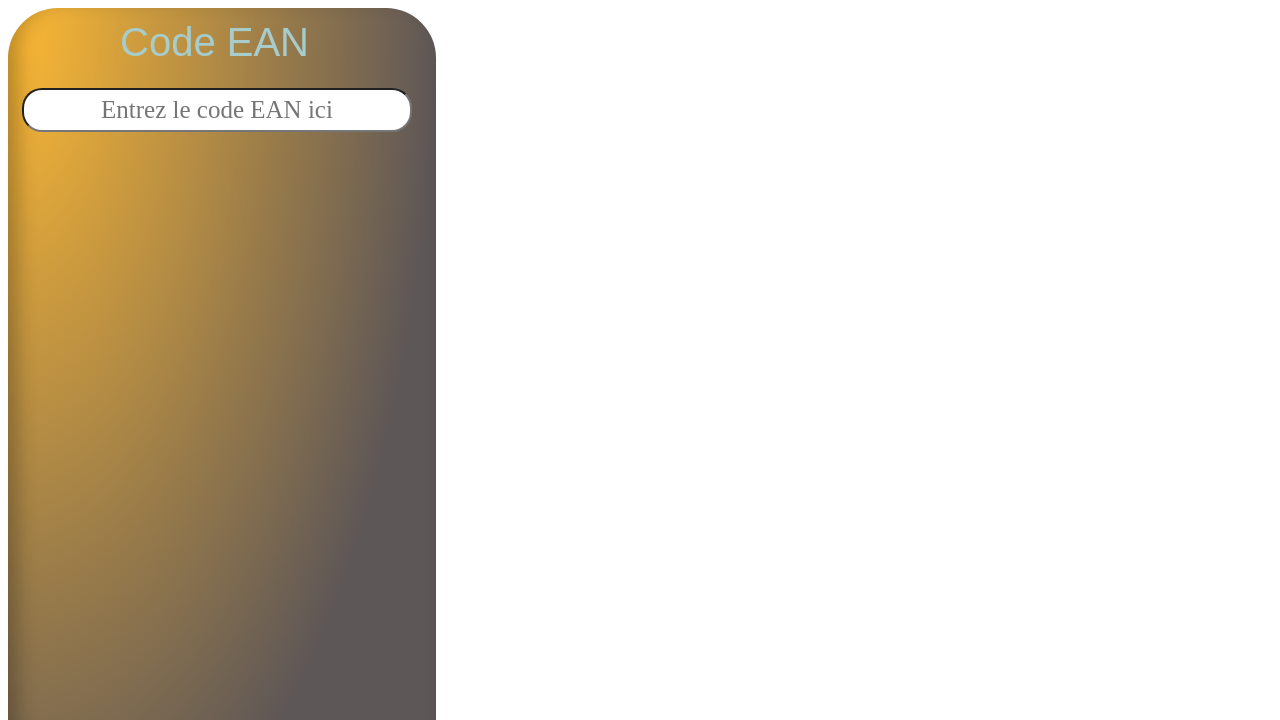
Repository: Zouz01/exo-toucan
Page: index.html
These files come from the project's save history. The page is drawn as it stood at one moment and after the next save; the edit follows.
The browser window is 1280 px wide. The pictures show the whole page.

Above is the page before, as saved 2023-09-21 11:43:37.

### index.html
<!DOCTYPE html>
<html lang="fr">
<head>
    <meta charset="UTF-8">
    <meta name="viewport" content="width=device-width, initial-scale=1">
    <title>TOUCAN API</title>
    <link rel="stylesheet" type="text/css" href="main.css">
</head>
<body>
    <div class="container">
        <!-- Formulaire de recherche -->
        <form id="product-form" action="https://fr.openfoodfacts.org/api/v0/product/<<code_EAN_13>>" method="POST">
            <label for="code_ean">Code EAN </label>
            <input type="text" id="code_ean" name="code_ean" placeholder="Entrez le code EAN ici"><!-- Champ de saisie du code EAN -->
            <button type="submit" id="submit">Rechercher</button> <!-- Bouton de soumission du formulaire -->
        </form>

        <!-- Conteneur pour l'affichage de l'image et des informations -->
        <div><img id="img"></div>
        <div id="product-info"></div>
    </div>

    <!-- Inclusion du script JavaScript -->
    <script src="main.js"></script>
</body>
</html>

### main.css
body {
    font-family: Arial, sans-serif;

}

.container {
    width: 428px;
    height: 926px;
   position: fixed;
    text-align: center;

    background: radial-gradient(100% 100% at 0% 0%, #FFBA33 0%, #5e5757 100%);
   /* background: radial-gradient(100% 100% at 0% 0%, #A6A6A6 0.46%, #000000 78.06%);
    background: linear-gradient(167.94deg, #7AA77E 0%, #476F72 100%);*/

    opacity: 1.8;
    box-shadow: inset 10px -10px 20px rgba(0, 0, 0, 0.25);
    border-radius: 50px;
}

/* position ecriture label*/
label {

    top: 20px;
    font-size: 40px;
    color: rgb(167, 204, 204);
   left: 120px;
    position :fixed;



}
/*position img*/
#img {
    position: relative;
   border-radius: 20px;
   width: 20%;
   top: 600px;
}

/*position retour d'information produit*/
 #product-info {
    position: absolute;
    padding: 20px;
    color:rgb(171, 221, 205);
    top: 100px;

 }
h2 {
    font-size: xx-large;
    color: #7af3b1;
}
p{
    font-size: larger ;
}

/* Champ de saisie pour entrer le code EAN */
#code_ean {
    position: absolute;
   border-radius: 20px;
    width: 382px;
    height: 38px;
   right:24px ;
    top: 80px;
    font-family: 'Montserrat';
font-style: normal;
font-weight: 500;
font-size: 25px;
line-height: 30px;
text-align: center;

color: #0f0d0d;



}

/* Bouton de recherche */
button[type="submit"] {
    position: absolute;
    width: 144px;
    height: 63px;
  background-color: #67d699;
    bottom: 0px;
    border-radius: 20px;
    right: 345px;



}




/* styles pour les écrans plus grands */
/* @media (min-width: 900px) {
     .container {
        width: 1860px;
        height: 900px;
     }
        button[type="submit"] {
            position: absolute;
    width: 184px;
    height: 83px;
  background-color: #67d699;
    bottom: 50px;
    border-radius: 20px;
    right: 870px;
        }
        #code_ean {
            position: absolute;
           border-radius: 20px;
            width: 1382px;
            height: 68px;
           right:15% ;
            top: 80px;
            font-family: 'Montserrat';
        font-style: normal;
        font-weight: 500;
        font-size: 25px;
        line-height: 30px;
        text-align: center;
        color: #0f0d0d;

 }
 label {

    top: 20px;
    font-size: 40px;
    color: rgb(167, 204, 204);
   left: 800px;
    position :fixed;

}
#product-info {
    position: absolute;
    padding: 50px;
    color:rgb(171, 221, 205);
    top: 200px;
    left: 30%;

 }
 #img {
    position: relative;
   border-radius: 20px;
   max-width: 20%;
   max-height: 10%;
   top: 230px;
   right: 30%;
}
h2 {
    font-size: 50px;
    color: aqua;
}
p{
    font-size: 30px ;
}
} */

### main.js
const form = document.querySelector("#product-form"); //Interagit avec  HTML avec l'id "product-form"
const code_ean = document.querySelector("#code_ean"); //Interagit avec  HTML  avec l'id "code_ean"
const productInfo = document.querySelector("#product-info"); //Interagit avec  HTML avec l'id "les informations produits"
const img = document.querySelector("#img");  //Interagit avec  HTML avec l'id "les images"
const submit = document.querySelector("#submit");  //Interagit avec  HTML avec l'id "Boutton envoi"


submit.addEventListener("click", (e) => { // Ecouteur d'événement sur le bouton d'envoi qui écoute un événement de clic
    e.preventDefault();

    // validation du code
    if (code_ean.value.length !== 13) {
        alert("Le code EAN doit contenir 13 chiffres.");// Le script vérifie si la valeur du champ de saisie du code EAN comporte 13 caractères
        return;                                         // Sinon, il affiche une alerte indiquant que le code EAN doit contenir 13 chiffres.
    }else

// Si code correct alors ...
    // Récupére les informations du produit depuis l'API
    fetch("https://fr.openfoodfacts.org/api/v0/product/" + code_ean.value) //Méthode pour envoyer une requête GET à l'API
        .then((reponse) => reponse.json())   //  Convertit  la réponse de l'API en JSON
        .then((data) => {                    //  Pour accéder aux données.
            let product = data.product;
            img.src = product.image_url;


             //Affiche les informations sur le produit, ( avec innerHTML on definila source de l'éléments)
             productInfo.innerHTML =`
             <h2><b>Nom</b> : ${product.abbreviated_product_name}</h2>
             <p><b>Marque</b> : ${product.brands}</p>
             <p><b>Catégorie</b> : ${product.categories}</p>
             <p><b>Ingrédients</b> : ${product.ingredients_text}</p>`
             console.log (data)
        }); // ${} veut dire interpreter

});

   /*fecht veut dire aller chercher*/

After the next save:
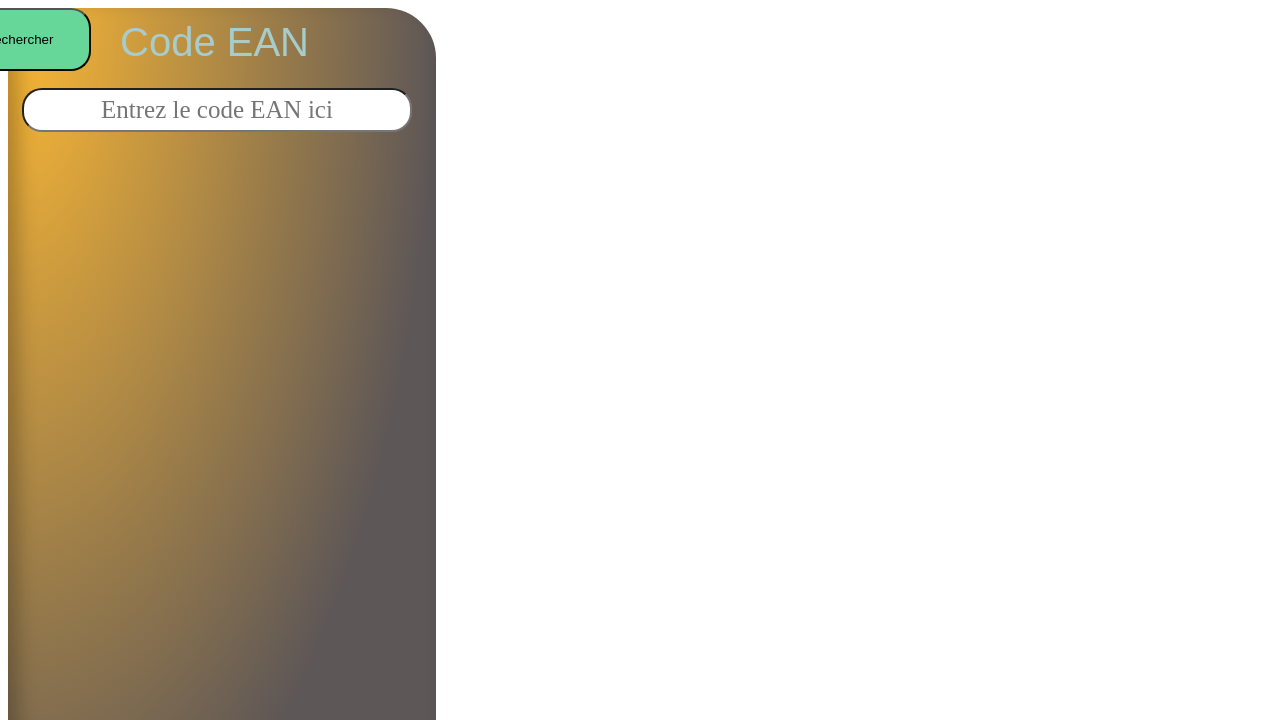
Saved 19 s later.
--- a/main.css
+++ b/main.css
@@ -81,7 +81,7 @@ button[type="submit"] {
     width: 144px;
     height: 63px;
   background-color: #67d699;
-    bottom: 0px;
+    top: 0px;
     border-radius: 20px;
     right: 345px;
 
